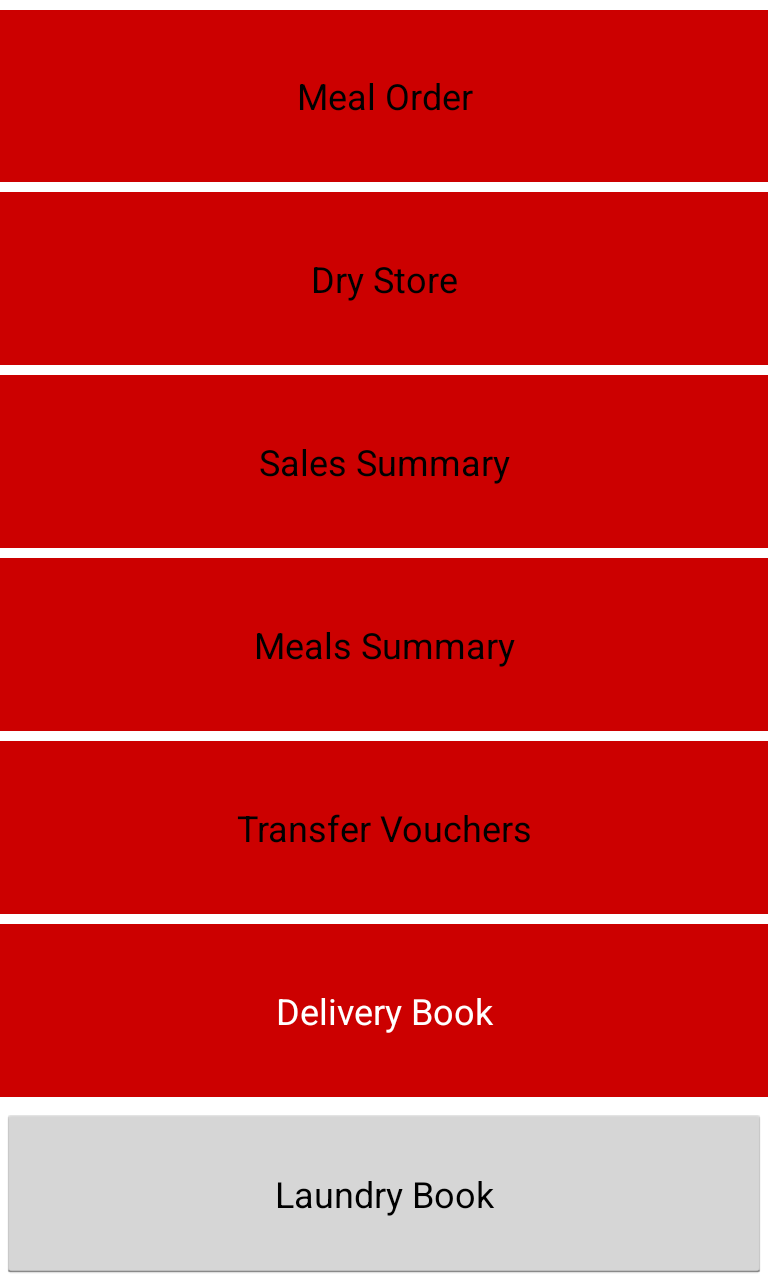
Repository: erwasambo/greendevelopment
Layout: GreenDevelopment/NASCuisine/res/layout/admindash.xml
These files come from the project's save history. The layout is drawn as it stood at one moment and after the next save; the edit follows.
It is drawn on a 768 x 1280 px phone screen (xhdpi) without system bars, with theme AppTheme; the app's code is not run.

Above is the layout before, as saved 2013-12-03 03:58:32.

After the next save:
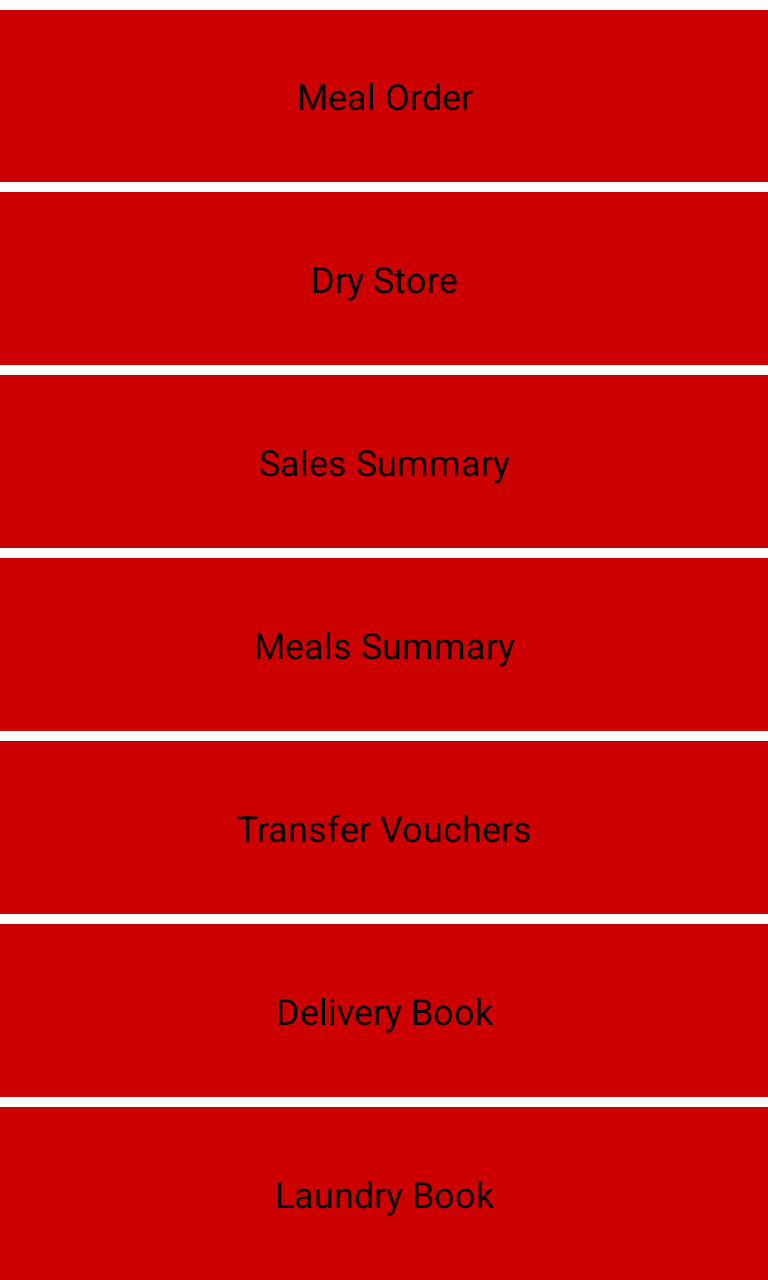
Saved 26 s later.
--- a/GreenDevelopment/NASCuisine/res/layout/admindash.xml
+++ b/GreenDevelopment/NASCuisine/res/layout/admindash.xml
@@ -57,7 +57,6 @@
         android:layout_weight="1"
         android:background="@color/purple"
         android:layout_marginTop="5dp"
-        android:textColor="@color/white"
         android:text="@string/delivbook" />
 
     <Button
@@ -65,6 +64,7 @@
         android:layout_width="match_parent"
         android:layout_height="0dp"
         android:layout_weight="1"
+        android:background="@color/purple"
         android:layout_marginTop="5dp"
         android:text="@string/laundbook" />
 
